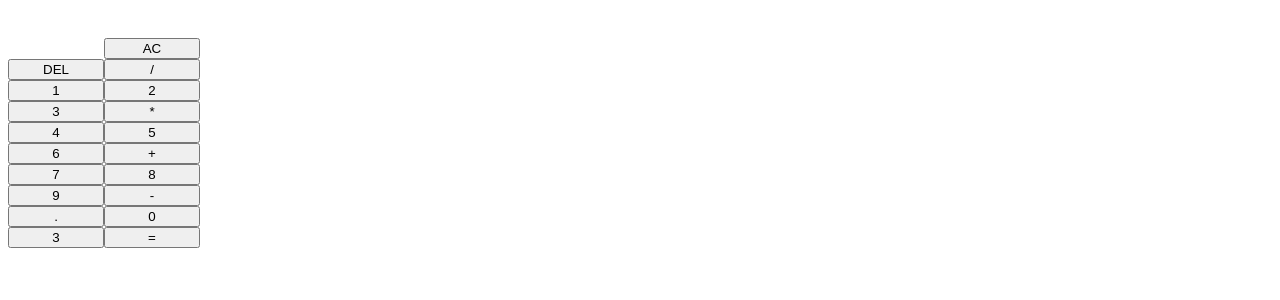
Repository: khadergw/calculator
Page: / (app in calculator/)
These files come from the project's save history. The page is drawn as it stood at one moment and after the next save; the edit follows.
The browser window is 1280 px wide. The pictures show the whole page.
The project was rebuilt for these pictures with package versions that can differ from the ones it lists, and the page was loaded fresh each time. Also part of the build but not shown: calculator/src/App.css.

Above is the page before, as saved 2022-09-10 23:16:34.

### calculator/src/App.js
import './App.css';
import './styles.css';

function App() {
  return (
    <div className="CalGrid">
      <div className='output'>
        <div className='prevOper'></div>
        <div className='currOper'></div>
      </div>
      <button className='wider'>AC</button>
      <button>DEL</button>
      <button>/</button>
      <button>1</button>
      <button>2</button>
      <button>3</button>
      <button>*</button>
      <button>4</button>
      <button>5</button>
      <button>6</button>
      <button>+</button>
      <button>7</button>
      <button>8</button>
      <button>9</button>
      <button>-</button>
      <button>.</button>
      <button>0</button>
      <button>3</button>
      <button className='wider'>=</button>


    </div>
  );
}

export default App;

### calculator/src/styles.css
.CalGrid {
  display: grid;
  margin-top: 3%;
  grid-template-columns: repeat(2, 6rem);
}

Loaded but not shown: calculator/public/index.html (common file); calculator/src/index.js (common file)

After the next save:
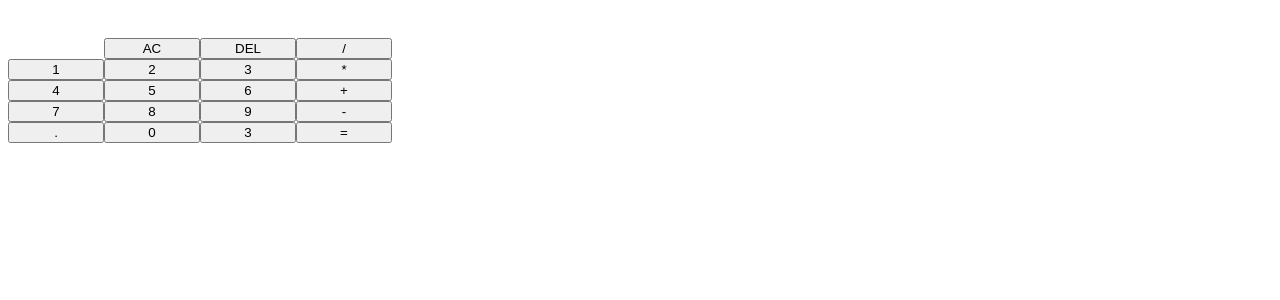
Saved 22 s later.
--- a/calculator/src/styles.css
+++ b/calculator/src/styles.css
@@ -1,5 +1,5 @@
 .CalGrid {
   display: grid;
   margin-top: 3%;
-  grid-template-columns: repeat(2, 6rem);
+  grid-template-columns: repeat(4, 6rem);
 }
